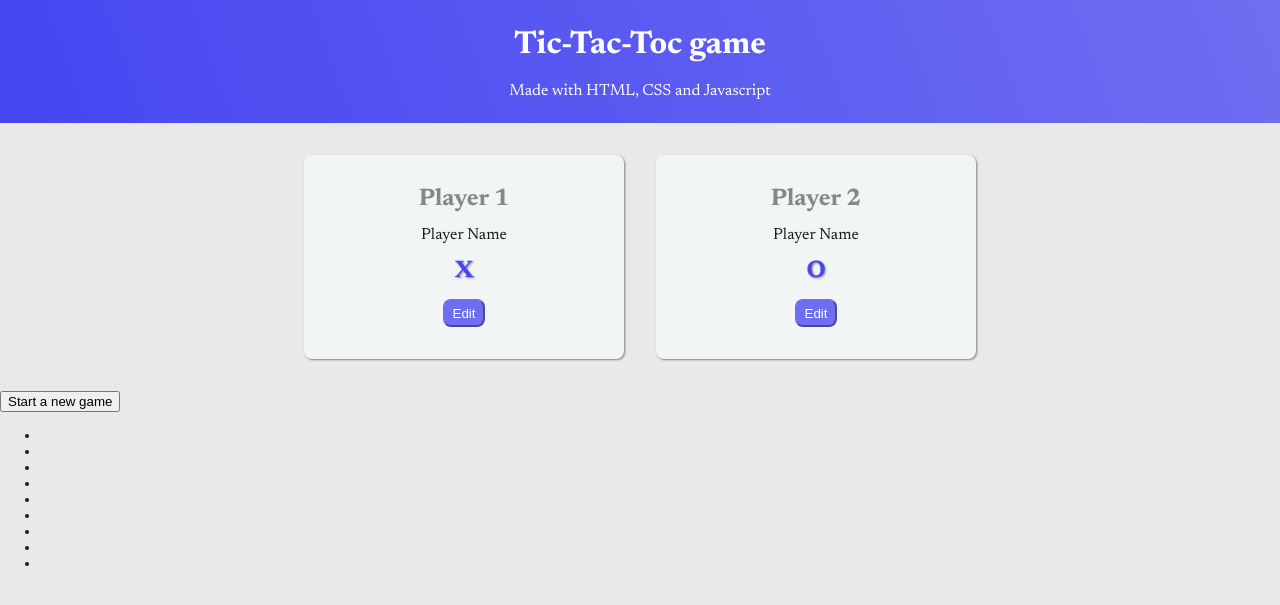
Repository: MicTomm/Tic-tac-toe-game
Page: index.html
These files come from the project's save history. The page is drawn as it stood at one moment and after the next save; the edit follows.
The browser window is 1280 px wide. The pictures show the whole page.

Above is the page before, as saved 2023-06-23 16:29:58.
Not found: js-code

### index.html
<!DOCTYPE html>
<html lang="en">

<head>
    <meta charset="UTF-8">
    <meta name="viewport" content="width=device-width, initial-scale=1.0">
    <title>Tic-Tac-Toe</title>
    <link rel="preconnect" href="https://fonts.googleapis.com">
    <link rel="preconnect" href="https://fonts.gstatic.com" crossorigin>
    <link href="https://fonts.googleapis.com/css2?family=Newsreader:wght@400;700&display=swap" rel="stylesheet">
    <link href="/styles/styles.css" rel="stylesheet">
    <link href="/styles/overlay.css" rel="stylesheet">
    <link href="/styles/configuration.css" rel="stylesheet">
    <script src="js-code" defer></script>
</head>

<body>
    <div class="back-drop" id="back-drop"></div>
    <header id="main-header">
        <h1>Tic-Tac-Toc game</h1>
        <p>Made with HTML, CSS and Javascript</p>
    </header>
    <main>
        <aside id="aside-container">
            <header id="id=" aside-header>
                <h2>Chose your name</h2>
            </header>
            <form>
                <div id="aside-input-container">
                    <label for="choosing-player-name">Player name</label>
                    <input type="text" id="choosing-player-name">
                </div>
                <div id="aside-buttons-container">
                    <button type="button" class="btn alternative-btn" id="cancel-btn">
                        <a href="/">Cancel</a>
                    </button>
                    <button type="submit" class="btn">Confirm</button>
                </div>
            </form>
        </aside>
        <section id="game-configuration">
            <article>
                <div id="player1-container">
                    <h2>Player 1</h2>
                    <p>Player Name</p>
                    <p class="symbol">X</p>
                    <button id="edit-p1-btn" class="btn">Edit</button>
                </div>
            </article>
            <article>
                <div id="player2-container">
                    <h2>Player 2</h2>
                    <p>Player Name</p>
                    <p class="symbol">O</p>
                    <button id="edit-p2-btn" class="btn">
                        <a href="#aside-container">Edit</a>
                    </button>
                </div>
            </article>
        </section>
        <section id="game-execution">
            <button type="button">Start a new game</button>
            <ul>
                <li></li>
                <li></li>
                <li></li>

                <li></li>
                <li></li>
                <li></li>

                <li></li>
                <li></li>
                <li></li>
            </ul>
        </section>
    </main>

</body>

</html>

### styles/styles.css
body{
    margin: 0;
    background-color: rgb(235, 232, 232);
    font-family: 'Newsreader', serif;
    color: rgb(27, 27, 27);
}

a{
    text-decoration: none;
    color: white;
}

#cancel-btn a{
    color: rgb(27, 27, 27);
}

#main-header{
    background: linear-gradient(70deg, rgb(70, 70, 242), rgb(110, 110, 241));
    color: white;
    padding: 0.5rem 5%;
    text-align: center;
}

.btn{
    background-color: rgb(110, 110, 241);
    border-color: rgb(110, 112, 241);
    color: white;
    border-radius: 8px;
    padding: 0.3rem 0.5rem;
}

.alternative-btn{
    background-color: rgb(223, 223, 239);
    border-color: transparent;
    color: rgb(27, 27, 27);
    margin: 0.5rem;
}

.btn:hover{
    background-color:  rgb(127, 127, 233);
    box-shadow: 1px 1px 2px rgb(27, 27, 27);
}

.alternative-btn:hover{
    background-color: rgb(210, 210, 235);
    border-color: rgb(205, 205, 233);
}

aside h2,
aside label{
    color: rgb(110, 110, 241);
    text-shadow: .5px .5px 1px rgb(27, 27, 27, 0.5);
}

form label{
    display: block;
    margin-bottom: .5rem;
}

form input{
    padding: .3rem;
    border-color: transparent;
    border-radius: 8px;
    font-family: inherit;
}

form input:hover,
form input:focus {
    outline: rgb(110, 110, 241) auto 1px;
}

form #aside-buttons-container{
    display: flex;
    flex-flow: row;
    justify-content: center;
    align-items: center;
    margin: .5rem;
}

### styles/overlay.css
#aside-container {
    text-align: center;
    background-color: rgb(241, 245, 245);
    width: 90%;
    margin: 0rem auto;
    border-radius: .6rem;
    padding: .5rem 0rem;
    display: none;
    position: fixed;
    top: 25%;
    left: 5%;
}

#aside-container:target,
#back-drop:target {
    display: block;
}

.back-drop {
    background-color: rgb(168, 157, 157, 0.5);
    width: 100%;
    height: 100%;
    position: fixed;
    display: none;
}

aside h2,
aside label {
    color: rgb(110, 110, 241);
    text-shadow: .5px .5px 1px rgb(27, 27, 27, 0.5);
}

form label {
    display: block;
    margin-bottom: .5rem;
}

form input {
    padding: .3rem;
    border-color: transparent;
    border-radius: 8px;
    font-family: inherit;
    font-weight: 700;
    color: rgb(27, 27, 27, 0.7);
    text-align: center;
}

form input:hover,
form input:focus {
    outline: rgb(110, 110, 241) auto 1px;
}

form #aside-buttons-container {
    display: flex;
    flex-flow: row;
    justify-content: center;
    align-items: center;
    margin: .5rem;
}

@media (min-width: 48rem) {

    #aside-container {
        position: fixed;
        top: 25%;
        left: calc(50% - 20rem);
        width: 40rem;
    }

}

### styles/configuration.css
#game-configuration{
    display: flex;
    flex-flow: row;
    justify-content: center;
    margin: 2rem;
}

#player1-container,
#player2-container{
    background-color: rgb(241, 245, 245);
    margin: 0rem 1rem;
    padding: 2rem 0rem;
    display: flex;
    flex-flow: column;
    justify-content: center;
    align-items: center;
    width: 20rem;
    border-radius: 8px;
    box-shadow: 1px 1px 2px rgb(27, 27, 27, 0.5);
}

#game-configuration h2{
    margin: 0rem;
    color: rgb(27, 27, 27, 0.5);
}

#game-configuration .symbol{
    margin: 0rem 0rem 1rem 0rem;
    font-weight: 700;
    font-size: 1.5rem;
    color: rgb(70, 70, 242);
    text-shadow: 1px 1px 2px rgb(27, 27, 27, 0.5);
}

After the next save:
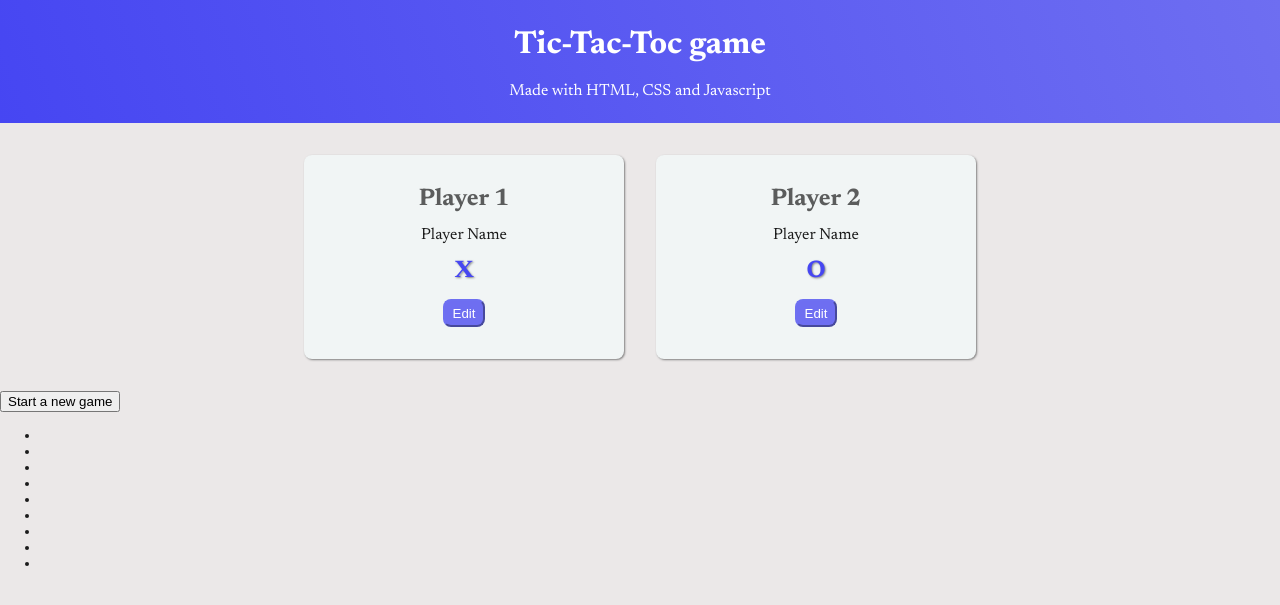
Saved 12 s later.
--- a/styles/configuration.css
+++ b/styles/configuration.css
@@ -21,7 +21,7 @@
 
 #game-configuration h2{
     margin: 0rem;
-    color: rgb(27, 27, 27, 0.5);
+    color: rgb(27, 27, 27, 0.7);
 }
 
 #game-configuration .symbol{
